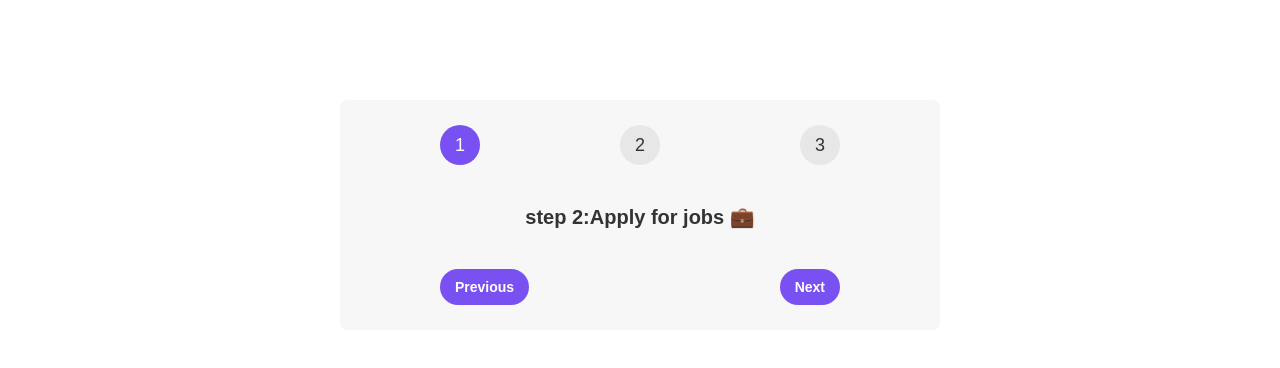
Repository: masamichan/steps
Page: /
An editor plug-in stored every save of this project. The page is shown before and after the next save, followed by the edit.
The browser window is 1280 px wide. The pictures show the whole page.
The project was rebuilt for these pictures with package versions that can differ from the ones it lists, and the page was loaded fresh each time.

Above is the page before, as saved 2023-12-30 17:33:56.

After the next save:
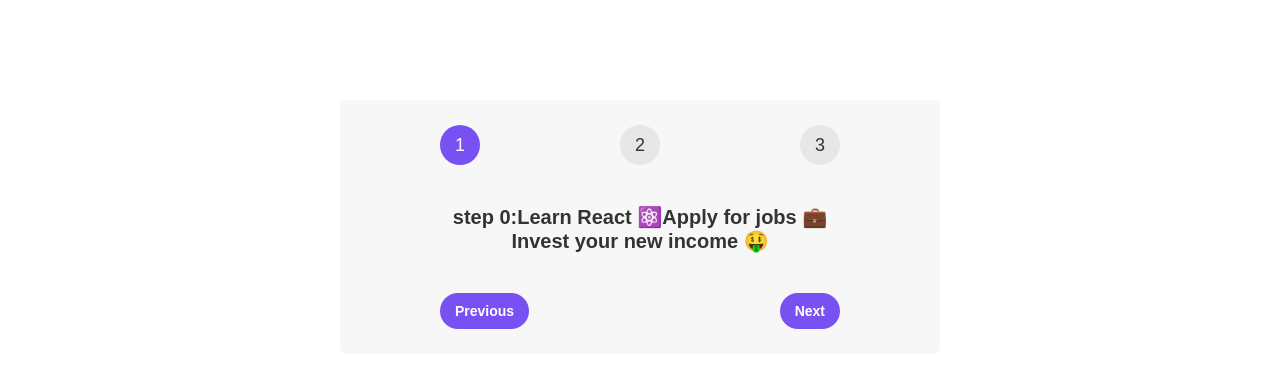
Saved 3 min 20 s later.
--- a/src/App.js
+++ b/src/App.js
@@ -5,7 +5,7 @@ const messages = [
 ];
 
 export default function App() {
-  const step = 2;
+  const step = 0;
   return (
     <div className="steps">
       <div className="numbers">
@@ -14,7 +14,7 @@ export default function App() {
         <div>3</div>
       </div>
       <p className="message">
-        step {step}:{messages[step - 1]}
+        step {step}:{messages}
       </p>
       <div className="buttons">
         <button style={{ backgroundColor: "#7950f2", color: "#fff" }}>
